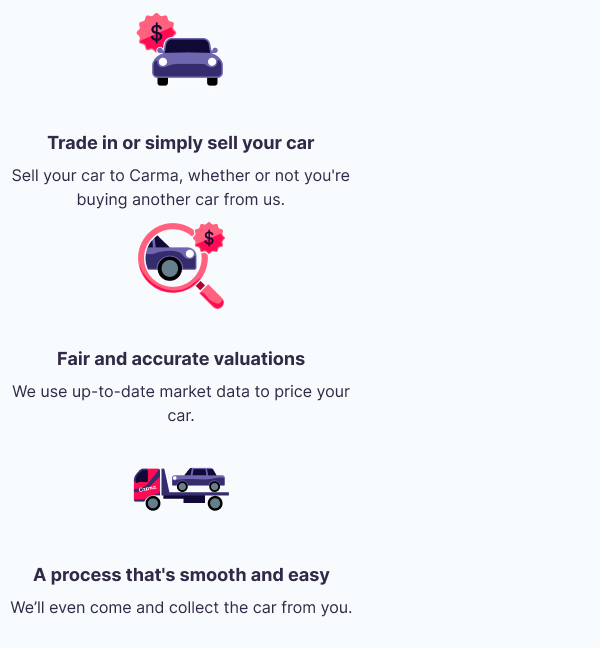
Repository: KHANas02/project
Page: index.html
An editor plug-in stored every save of this project. The page is shown before and after a run of saves, followed by the edit.
The browser window is 600 px wide. The pictures show the part of the page from y = 500 to 1148 px (the page is 1148 px tall before and 1136 px after).

Above is the page before, as saved 2024-03-31 06:07:33.

### index.html
<!DOCTYPE html>
<html lang="en">
  <head>
    <meta charset="UTF-8" />
    <meta name="viewport" content="width=device-width, initial-scale=1.0" />
    <title>by_me</title>
  </head>
  <link rel="stylesheet" href="./style.css" />
  <link rel="stylesheet" href="./media.css" />
  <body>
    <div class="div1">
      <div class="section1">
        <div class="section1text">
          <b
            >Sell or trade in your <br />
            car with us</b
          >
          <br />
          <br />

          <img src="Section.png" alt="" class="section1photo" />
        </div>
      </div>
    </div>
    <div class="seciton2">
      <div class="seciton2img1">
        <img src="div img1.png" alt="" />
      </div>
      <div class="seciton2img2">
        <img src="div (2).png" alt="" class="section2img2" />
      </div>
      <div class="seciton2img3">
        <img src="div (3).png" alt="" />
      </div>

    </div>
  </body>
</html>

### style.css
.section1 {
  width: 100%;
  height: 500px;
  background-image: url(https://s3-alpha-sig.figma.com/img/86fe/255f/e03f2da3b25937c8cb1c2a74028eb3ad?Expires=1712534400&Key-Pair-Id=APKAQ4GOSFWCVNEHN3O4&Signature=pn~z3YThs1wl5Y0Wfhk~03bT84deIkKZy~~ViNb8p7GILtPJxnwJ3nbUUL65ldgiivaH30h7trtS2bEDOwae8yvul9GAZ-YMWeTW7EMM~Ei84BmvK2UWqeqftqZm0PMWPqpVA1lGNVhbxGvyrhY1iEYltm7p5t9OfBln-ZTisd6695e97gCmaWRLMnVwUO5fQ3CYvWKElSl3uRAL2laEn7uDtpQqVEruZXj8KgVYJyjMAWXe~4EXdGHynypWnZdDh958Cdy4LaHzdezNt~HSDZKrSe6S-PqvEwvXFK1EjV-My8TTX0KLEncR6UDPFA5N1mDHXqqrj2ecqQoQMWxfog__);
  background-repeat: no-repeat;
  background-size: cover;
  margin: 0 auto;
}
.section1text {
  font-family: Inter;
  font-size: 30px;
  font-weight: 700;
  line-height: 40px;
  text-align: center;
  color: aliceblue;
  position: relative;
  top: 60px;
}

.section1photo {
  width: 300px;
  height: 300px;
  position: relative;
  top: -15px;
  margin: 0 auto;
}
.section2 {
  align-items: stretch;
}
.section3img {
  width: 100%;
  height: 400px;
}
body{
    background-color:  #F8FBFE;
;
margin: 0
auto;
}

### media.css
@media screen and (min-width: 425px) and (max-width: 767px) {
 .divimg1.png {
    display: flex;
    align-items: center;
    justify-content: center;
  }
  .img {
    width: 60%;
    height: auto;
  }
}

After the next 2 saves:
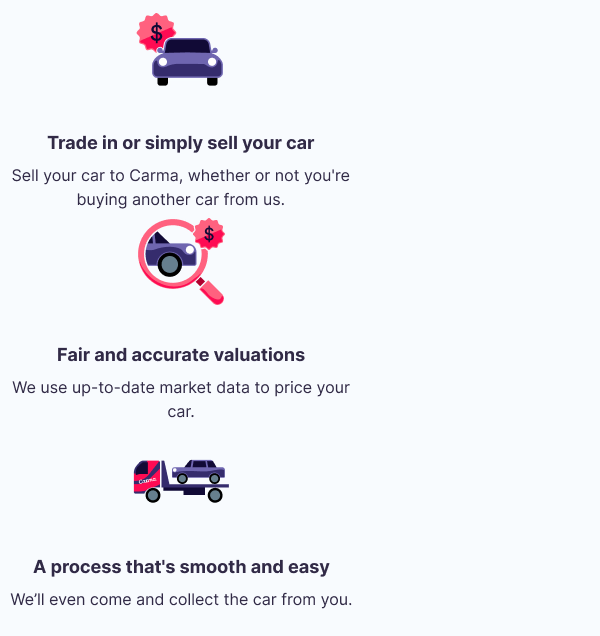
The 2 saves are shown as one change because they came seconds apart.
The last was saved 9 s later.
--- a/media.css
+++ b/media.css
@@ -1,5 +1,5 @@
 @media screen and (min-width: 425px) and (max-width: 767px) {
- .divimg1.png {
+ img {
     display: flex;
     align-items: center;
     justify-content: center;
